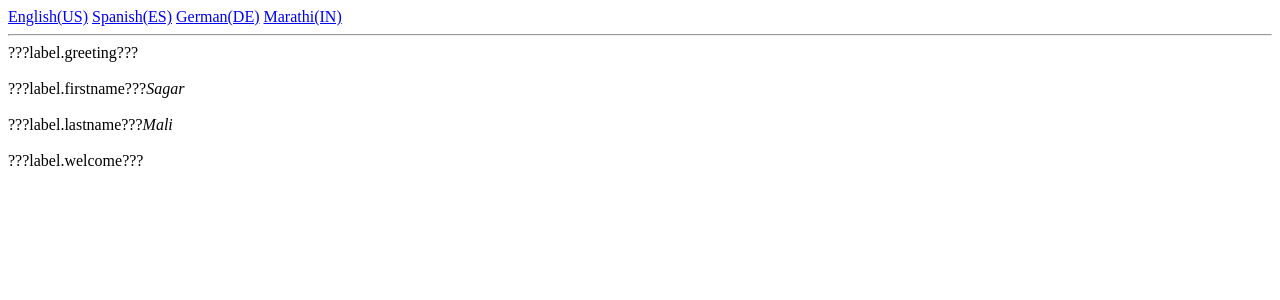
Repository: Mali-Sagar-A/Advance_Web_Java
Page: http://localhost/tagDemo/index.jsp?theLocale=en_US
The author's editor kept a copy of each file at every save. The page is drawn from the files as they stood at one save, then again after the next save.
The browser window is 1280 px wide. The pictures show the whole page.
The page is served by Tomcat 10.

Above is the page before, as saved 2025-05-19 11:50:42.

### tagDemo/src/main/webapp/index.jsp
<%@ page language="java" contentType="text/html; charset=UTF-8"
    pageEncoding="UTF-8"%>

    <%@ taglib uri="jakarta.tags.core" prefix="c" %>
    <%@ taglib uri="jakarta.tags.fmt" prefix="fmt" %>
<!DOCTYPE html>
<html>
<head>
<meta http-equiv="Content-Type" content="text/html"; charset="UTF-8">
<title>Insert title here</title>
<c:set var="theLocale" value="${not empty param.thelocale ?
param.theLocale : pageContext.request.locale} "/>

<!--
param.theLocale - Red the Locale param sent by Link
pageContent.request.local - Read the Locale sent by browser HTTP request

  -->

<fmt:setLocale value="${theLocale}"/>
<fmt:setBundle basename="com.app.jsp.tagDemo.i18n.resources.mylabels"/>

</head>
<body>

<a href="index.jsp?theLocale=en_US">English(US)</a>
<a href="index.jsp?theLocale=es_ES">Spanish(ES)</a>
<a href="index.jsp?theLocale=de_DE">German(DE)</a>
<a href="index.jsp?theLocale=mr_IN">Marathi(IN)</a>

<hr>

<fmt:message key="label.greeting"/><br><br>
<fmt:message key="label.firstname"/><i>Sagar</i><br><br>
<fmt:message key="label.lastname"/><i>Mali</i><br><br>
<fmt:message key="label.welcome"/><br><br>

</body>
</html>

After the next save:
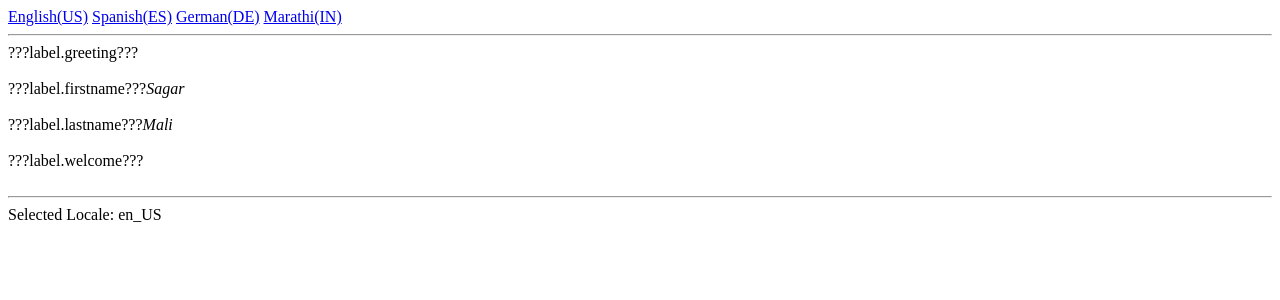
Saved 62 s later.
--- a/tagDemo/src/main/webapp/index.jsp
+++ b/tagDemo/src/main/webapp/index.jsp
@@ -35,5 +35,8 @@ pageContent.request.local - Read the Locale sent by browser HTTP request
 <fmt:message key="label.lastname"/><i>Mali</i><br><br>
 <fmt:message key="label.welcome"/><br><br>
 
+<hr>
+Selected Locale: ${theLocale}
+
 </body>
 </html>
